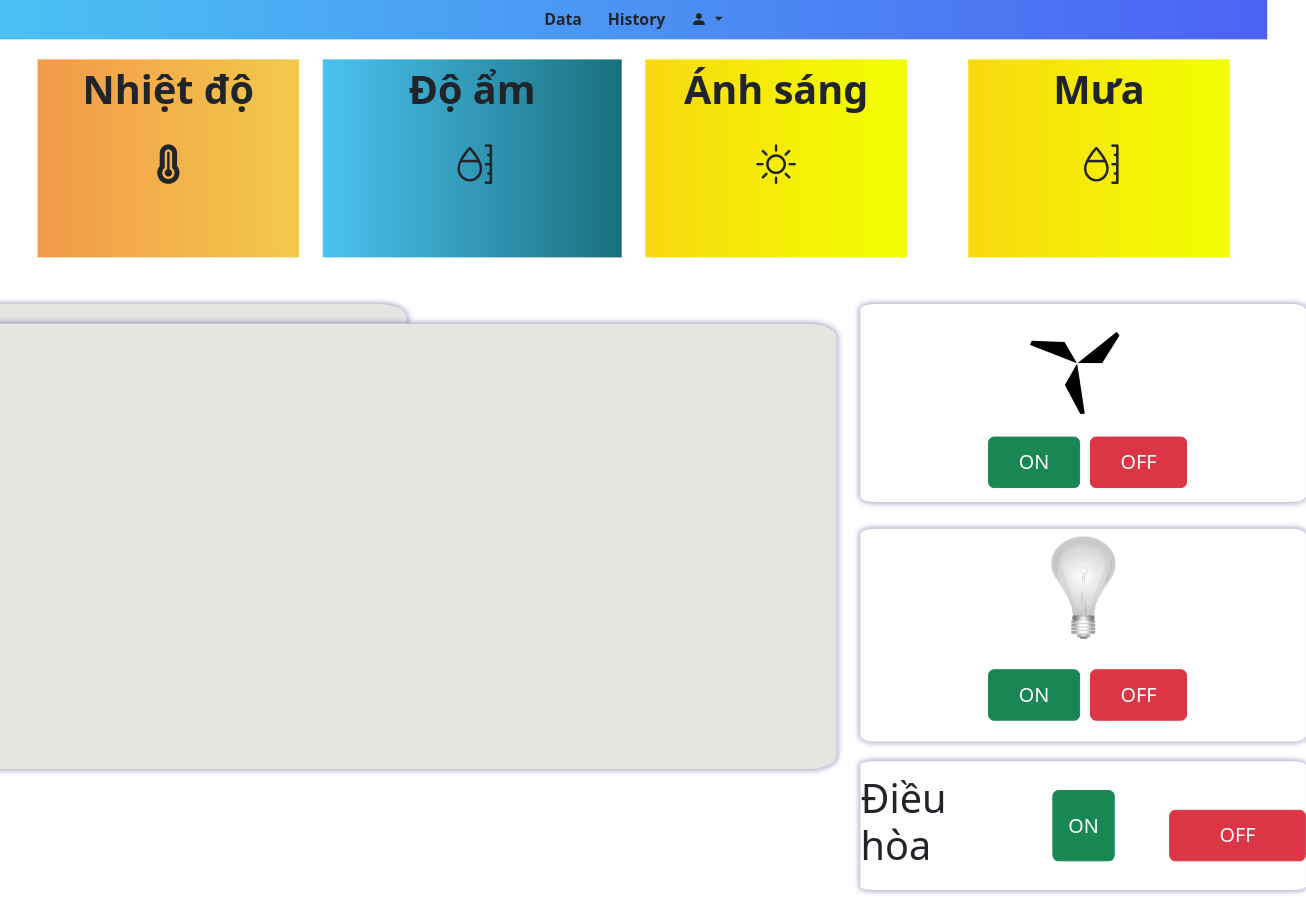
Repository: ndmq03102002/BTL_IOT
Page: Fontend_IOT/iot/index.html
The author's editor kept a copy of each file at every save. The page is drawn from the files as they stood at one save, then again after the next save.
The browser window is 1280 px wide. The page is 1319 px wide, so the pictures cover 1319 px, including what lies to the right of the window. The pictures show the whole page, at 99% of full size.
The page's requests for data from a server got no answer. Some web libraries are served in a nearby version.

Above is the page before, as saved 2023-09-25 00:10:26.

After the next save:
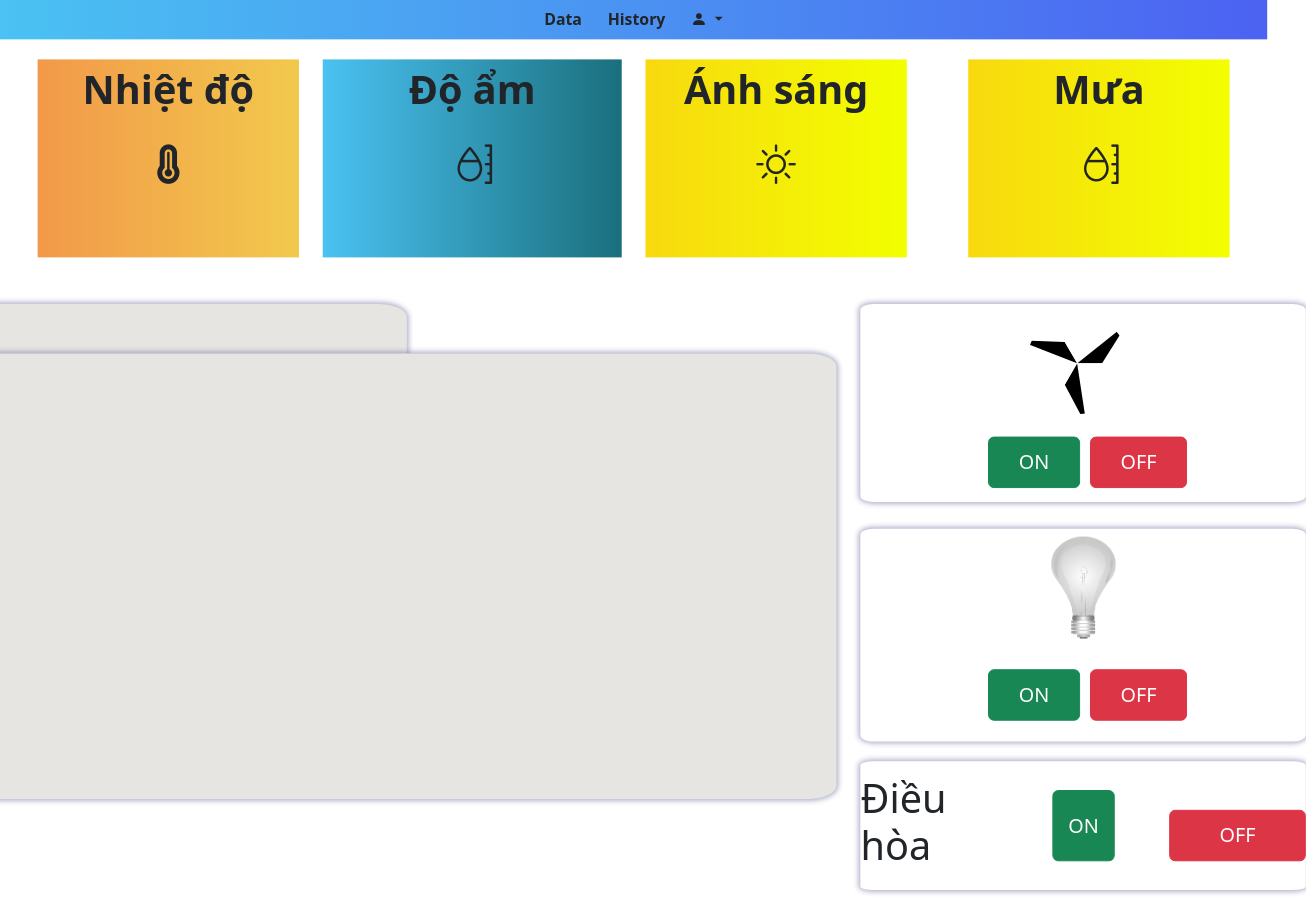
Saved 27 s later.
--- a/Fontend_IOT/iot/index.html
+++ b/Fontend_IOT/iot/index.html
@@ -65,7 +65,7 @@
                 </div>
             </div>
             <div class="col-sm-4 " >
-                <div class="block" style="height: 450px;width: 950px; float:right; margin-top: 20px;">
+                <div class="block" style="height: 450px;width: 950px; float:right; margin-top: 50px;">
                     <canvas id="myChart2" style="border-radius: 3%; width:100%;height: 100%;background-color: rgb(231, 229, 226);"></canvas>
                 </div>
             </div>
